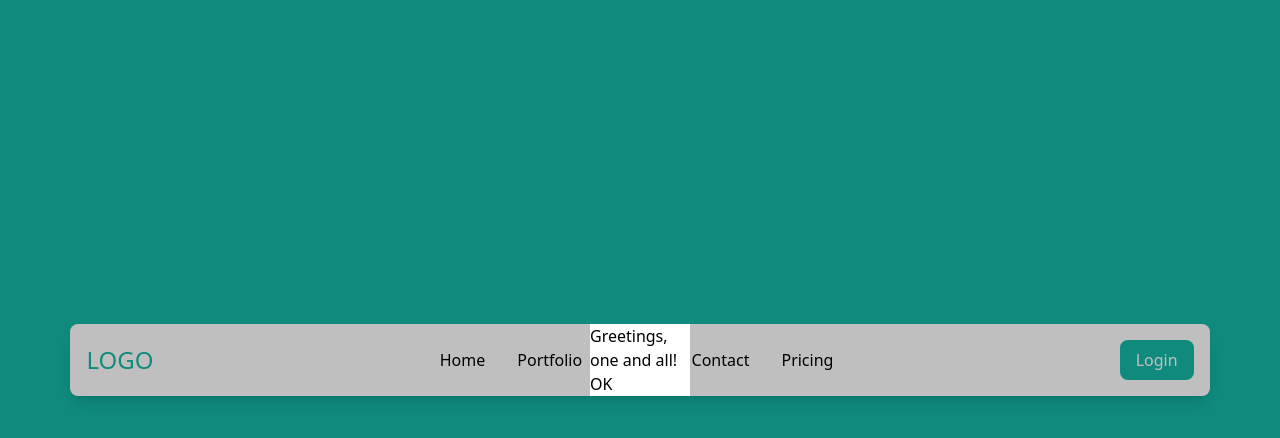
Repository: DevAntonioRogers/react-modal-with-dialog
Page: /, after clicking the first element matching `button.px-4`
The author's editor kept a copy of each file at every save. The page is drawn from the files as they stood at one save, then again after the next save.
The browser window is 1280 px wide. The pictures show the whole page.
The project was rebuilt for these pictures with package versions that can differ from the ones it lists, and the page was loaded fresh each time. Also part of the build but not shown: vite.config.ts.

Above is the page before, as saved 2023-05-10 09:12:15.

After the next save:
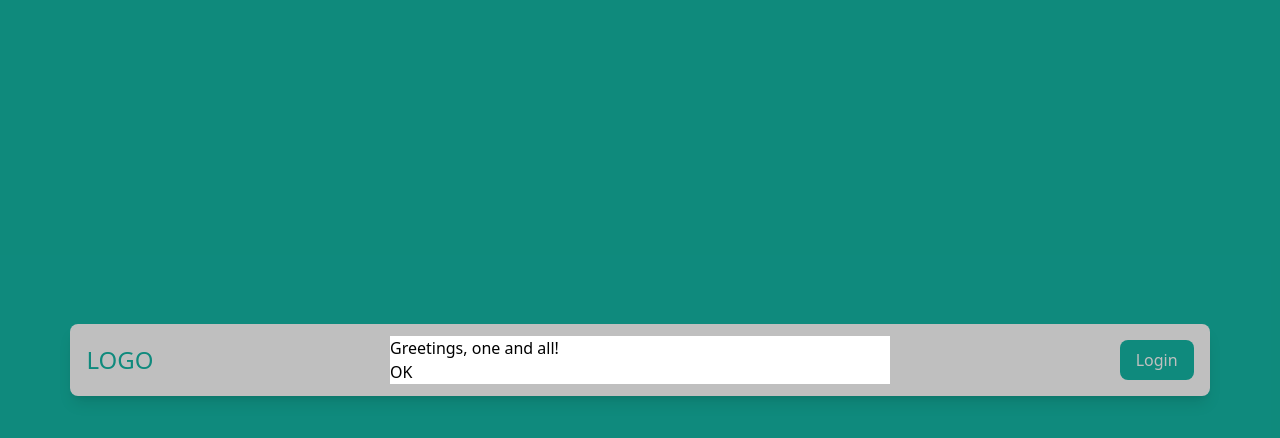
Saved 5 s later.
--- a/src/App.tsx
+++ b/src/App.tsx
@@ -38,7 +38,7 @@ function App() {
         </nav>
         {showModal && (
           <div className="absolute w-screen h-screen bg-black/25 flex justify-center items-center">
-            <dialog open className="w-[100px]">
+            <dialog open className="w-[500px]">
               <p>Greetings, one and all!</p>
               <form method="dialog">
                 <button>OK</button>
